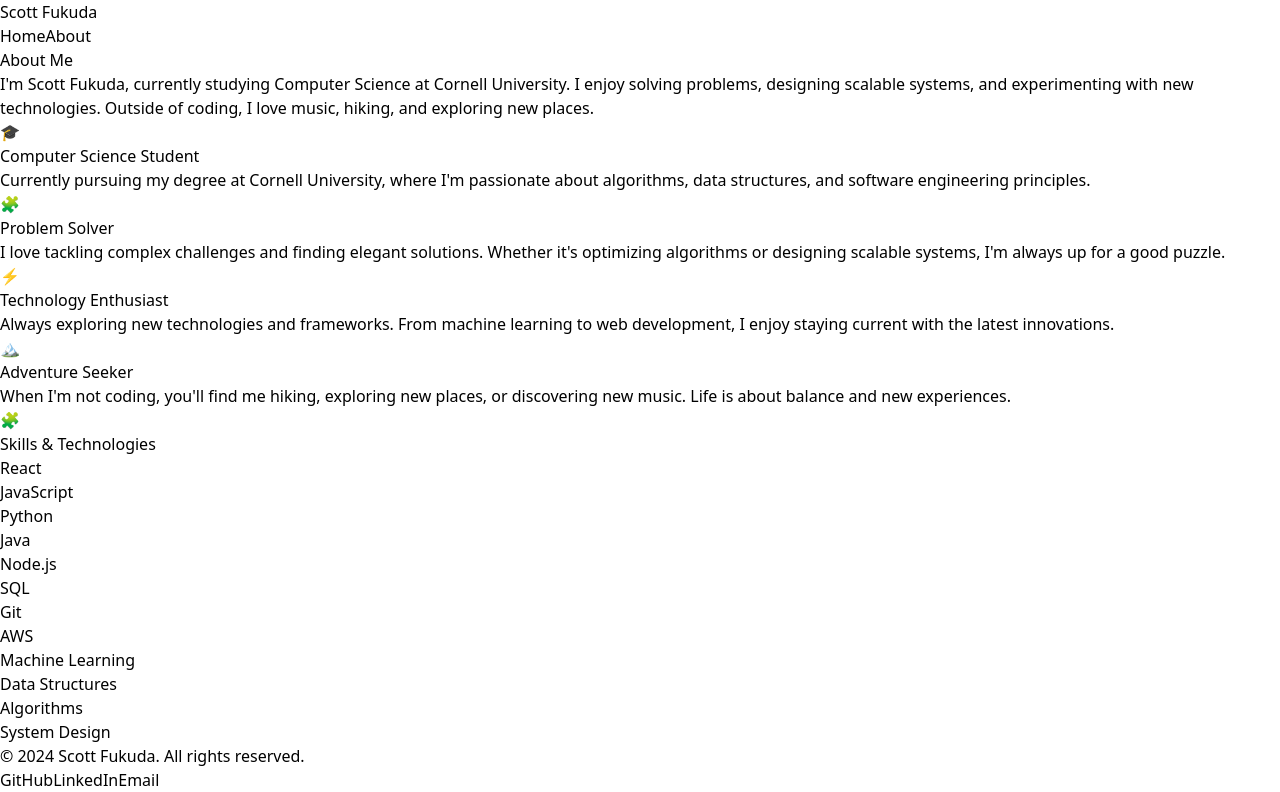
Repository: Scott-Fukuda/personalWebsite
Page: /about
An editor plug-in stored every save of this project. The page is shown before and after the next save, followed by the edit.
The browser window is 1280 px wide. The pictures show the whole page.
The project was rebuilt for these pictures with package versions that can differ from the ones it lists, and the page was loaded fresh each time. Some packages were replaced by stand-ins written for this rebuild. Also part of the build but not shown: vite.config.js, src/data/experiences.js, src/pages/Home.jsx.

Above is the page before, as saved 2025-08-27 17:21:24.

After the next save:
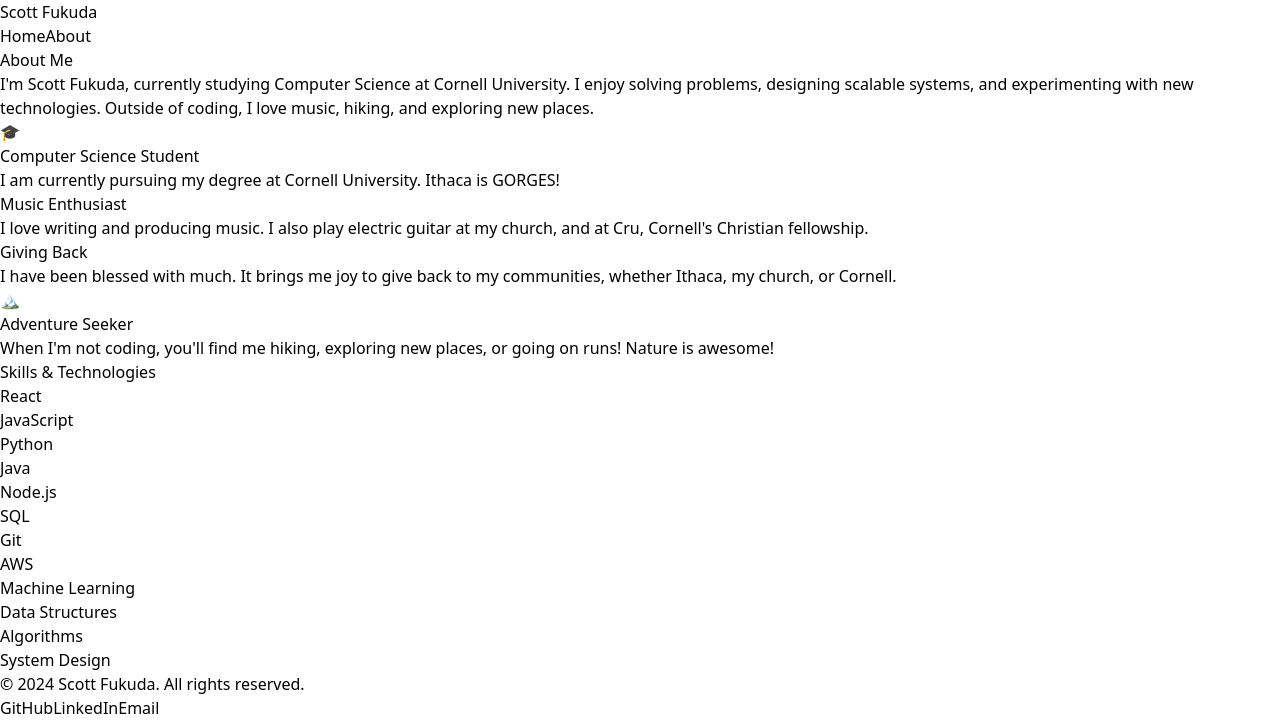
Saved 13 min 29 s later.
--- a/src/pages/About.jsx
+++ b/src/pages/About.jsx
@@ -15,25 +15,25 @@ export default function About() {
   const sections = [
     {
       title: "Computer Science Student",
-      description: "Currently pursuing my degree at Cornell University, where I'm passionate about algorithms, data structures, and software engineering principles.",
+      description: "I am currently pursuing my degree at Cornell University. Ithaca is GORGES!",
       image: "🎓",
       color: "from-blue-500 to-purple-600"
     },
     {
-      title: "Problem Solver",
-      description: "I love tackling complex challenges and finding elegant solutions. Whether it's optimizing algorithms or designing scalable systems, I'm always up for a good puzzle.",
-      image: "🧩",
+      title: "Music Enthusiast",
+      description: "I love writing and producing music. I also play electric guitar at my church, and at Cru, Cornell's Christian fellowship.",
+      image: "",
       color: "from-green-500 to-teal-600"
     },
     {
-      title: "Technology Enthusiast",
-      description: "Always exploring new technologies and frameworks. From machine learning to web development, I enjoy staying current with the latest innovations.",
-      image: "⚡",
+      title: "Giving Back",
+      description: "I have been blessed with much. It brings me joy to give back to my communities, whether Ithaca, my church, or Cornell.",
+      image: "",
       color: "from-yellow-500 to-orange-600"
     },
     {
       title: "Adventure Seeker",
-      description: "When I'm not coding, you'll find me hiking, exploring new places, or discovering new music. Life is about balance and new experiences.",
+      description: "When I'm not coding, you'll find me hiking, exploring new places, or going on runs! Nature is awesome!",
       image: "🏔️",
       color: "from-red-500 to-pink-600"
     }
